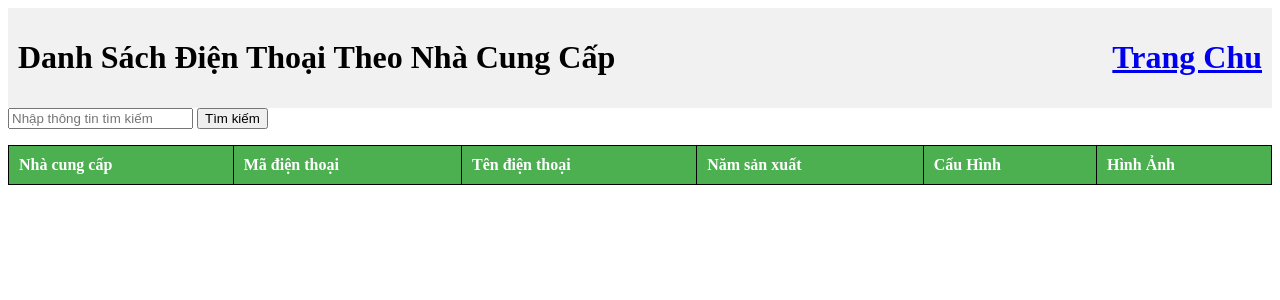
Repository: ducvu2414/WWW_OnGK
Page: http://localhost/Bai1/DanhSachDienThoaiNCC
An editor plug-in stored every save of this project. The page is shown before and after the next save, followed by the edit.
The browser window is 1280 px wide. The pictures show the whole page.
The page is served by Tomcat 10. Other server files are loaded and not shown. Queries for data that is not in the repository find no rows.

Above is the page before, as saved 2024-10-05 05:51:57.

### Bai1/src/main/webapp/DanhSachDienThoaiNCC.jsp
<%@ page contentType="text/html;charset=UTF-8" language="java"%>
<%@ taglib uri="http://java.sun.com/jsp/jstl/core" prefix="c"%>
<%@ page import="java.util.List"%>
<%@ page import="entities.NhaCungCap"%>
<%@ page import="entities.DienThoai"%>

<html>
<head>
<title>Danh Sách Điện Thoại Nhà Cung Cấp</title>
<style type="text/css">
table {
	border-collapse: collapse;
	width: 100%;
}

table, th, td {
	border: 1px solid black;
}

th, td {
	padding: 10px;
	text-align: left;
}

th {
	background-color: #4CAF50;
	color: white;
}

#header {
	background-color: #f1f1f1;
	text-align: center;
	padding: 10px;
	display: flex;
	flex-direction: row;
	justify-content: space-between;
	align-items: center;
}
</style>
</head>
<body>
	<div id="header">
		<h1>Danh Sách Điện Thoại Theo Nhà Cung Cấp</h1>

		<h1>
			<a href="${pageContext.request.contextPath}">Trang Chu</a>
		</h1>
	</div>

	<div>
		<form
			action="DanhSachDienThoaiNCCServlet"
			method="GET">
			<input type="hidden" name="action" value="search" />
			<input type="text" name="thongTinTimKiem" placeholder="Nhập thông tin tìm kiếm" />
			<input type="submit" value="Tìm kiếm" />
		</form>
	</div>

	<table border="1">
		<thead>
			<tr>
				<th>Nhà cung cấp</th>
				<th>Mã điện thoại</th>
				<th>Tên điện thoại</th>
				<th>Năm sản xuất</th>
				<th>Cấu Hình</th>
				<th>Hình Ảnh</th>
			</tr>
		</thead>

		<tbody>
			<c:forEach var="dt" items="${nhaCungCapDienThoais}">
				<tr>
					<td>${dt.nhaCungCap.id}</td>
					<td>${dt.id}</td>
					<td>${dt.tenDT}</td>
					<td>${dt.namSanXuat}</td>
					<td>${dt.cauHinh}</td>
					<td><img
						src="${pageContext.request.contextPath}/resources/images/${dt.hinhAnh}"
						alt="news" /></td>
				</tr>
			</c:forEach>
		</tbody>
	</table>
</body>
</html>

### Bai1/src/main/java/controller/DanhSachDienThoaiNCCServlet.java
package controller;

import jakarta.annotation.Resource;
import jakarta.servlet.ServletConfig;
import jakarta.servlet.ServletException;
import jakarta.servlet.annotation.WebServlet;
import jakarta.servlet.http.HttpServlet;
import jakarta.servlet.http.HttpServletRequest;
import jakarta.servlet.http.HttpServletResponse;
import java.io.IOException;
import java.util.List;
import javax.sql.DataSource;

import dao.DienThoaiDAO;
import dao.NhaCungCapDAO;
import daoImpl.DienThoaiDAOImpl;
import daoImpl.NhaCungCapDAOImpl;
import entities.DienThoai;
import entities.NhaCungCap;

@WebServlet("/DanhSachDienThoaiNCCServlet")
public class DanhSachDienThoaiNCCServlet extends HttpServlet {
    private static final long serialVersionUID = 1L;

    @Resource(name = "jdbc/quanlydienthoai")
    private DataSource dataSource;
    private DienThoaiDAO dienThoaiDAO;
    private NhaCungCapDAO nhaCungCapDAO;

    public DanhSachDienThoaiNCCServlet() {
        super();
    }

    @Override
    public void init(ServletConfig config) throws ServletException {
        super.init(config);
        dienThoaiDAO = new DienThoaiDAOImpl(this.dataSource);
        nhaCungCapDAO = new NhaCungCapDAOImpl(this.dataSource);
    }

    @Override
    protected void doGet(HttpServletRequest request, HttpServletResponse response)
            throws ServletException, IOException {
        // Lấy thông tin tìm kiếm từ request
        String thongTinTimKiem = request.getParameter("thongTinTimKiem");

        List<DienThoai> nhaCungCapDienThoais;

        // Nếu có thông tin tìm kiếm, thực hiện tìm kiếm
        if (thongTinTimKiem != null && !thongTinTimKiem.isEmpty()) {
            // Lấy danh sách điện thoại theo nhà cung cấp dựa trên từ khóa tìm kiếm
            nhaCungCapDienThoais = dienThoaiDAO.timKiemDienThoaiTheoNhaCungCap(thongTinTimKiem);
        } else {
            // Nếu không có tìm kiếm, lấy toàn bộ danh sách điện thoại
            nhaCungCapDienThoais = dienThoaiDAO.getTatCaDienThoaiNhomTheoNhaCungCap();
        }

        // Kiểm tra danh sách kết quả và gán cho request attribute
        if (nhaCungCapDienThoais != null && !nhaCungCapDienThoais.isEmpty()) {
            request.setAttribute("nhaCungCapDienThoais", nhaCungCapDienThoais);
        } else {
            request.setAttribute("message", "Không tìm thấy điện thoại nào.");
        }

        // Chuyển hướng về JSP để hiển thị kết quả
        request.getRequestDispatcher("/DanhSachDienThoaiNCC.jsp").forward(request, response);
    }

    @Override
    protected void doPost(HttpServletRequest request, HttpServletResponse response)
            throws ServletException, IOException {
        doGet(request, response);
    }
}

### Bai1/src/main/java/daoImpl/DienThoaiDAOImpl.java
package daoImpl;

import java.sql.Connection;
import java.sql.PreparedStatement;
import java.sql.ResultSet;
import java.util.ArrayList;
import java.util.HashMap;
import java.util.List;
import java.util.Map;
import java.util.Optional;

import javax.sql.DataSource;

import dao.DienThoaiDAO;
import dao.NhaCungCapDAO;
import entities.DienThoai;
import entities.NhaCungCap;

public class DienThoaiDAOImpl implements DienThoaiDAO {
	private DataSource dataSource;
	private NhaCungCapDAO nhaCungCapDAO;

	public DienThoaiDAOImpl(DataSource dataSource) {
		super();
		this.dataSource = dataSource;
		nhaCungCapDAO = new NhaCungCapDAOImpl(this.dataSource);
	}

	@Override
	public boolean addDienThoai(DienThoai dt) {
		String sql = "INSERT INTO DIENTHOAI (TENDT, NAMSANXUAT, CAUHINH, MANCC, HINHANH) VALUES (?, ?, ?, ?, ?)";
		try (Connection con = this.dataSource.getConnection(); PreparedStatement ps = con.prepareStatement(sql)) {
			ps.setString(1, dt.getTenDT());
			ps.setInt(2, dt.getNamSanXuat());
			ps.setString(3, dt.getCauHinh());
			ps.setInt(4, dt.getNhaCungCap().getId());
			ps.setString(5, dt.getHinhAnh());

			int rowsInserted = ps.executeUpdate();
			return rowsInserted > 0;
		} catch (Exception e) {
			e.printStackTrace();
			return false;
		}
	}

	@Override
	public boolean updateDienThoai(DienThoai dt) {
		String sql = "UPDATE DIENTHOAI SET TENDT=?, NAMSANXUAT=?, CAUHINH=?, MANCC=?, HINHANH=? WHERE MADT=?";
		try (Connection con = this.dataSource.getConnection(); PreparedStatement ps = con.prepareStatement(sql)) {
			ps.setString(1, dt.getTenDT());
			ps.setInt(2, dt.getNamSanXuat());
			ps.setString(3, dt.getCauHinh());
			ps.setInt(4, dt.getNhaCungCap().getId());
			ps.setString(5, dt.getHinhAnh());
			ps.setLong(6, dt.getId());

			int rowsUpdated = ps.executeUpdate();
			return rowsUpdated > 0;
		} catch (Exception e) {
			e.printStackTrace();
			return false;
		}
	}

	@Override
	public boolean deleteDienThoai(long maDienThoai) {
		String sql = "DELETE FROM DIENTHOAI WHERE MADT=?";
		try (Connection con = this.dataSource.getConnection(); PreparedStatement ps = con.prepareStatement(sql)) {
			ps.setLong(1, maDienThoai);

			int rowsDeleted = ps.executeUpdate();
			return rowsDeleted > 0;
		} catch (Exception e) {
			e.printStackTrace();
			return false;
		}
	}

	@Override
	public Optional<DienThoai> getDienThoai(long maDienThoai) {
		String sql = "SELECT * FROM DIENTHOAI WHERE MADT=?";
		try (Connection con = this.dataSource.getConnection(); PreparedStatement ps = con.prepareStatement(sql)) {
			ps.setLong(1, maDienThoai);
			try (ResultSet rs = ps.executeQuery()) {
				if (rs.next()) {
					DienThoai dienThoai = new DienThoai();
					dienThoai.setId(rs.getLong("MADT"));
					dienThoai.setTenDT(rs.getString("TENDT"));
					dienThoai.setNamSanXuat(rs.getInt("NAMSANXUAT"));
					dienThoai.setCauHinh(rs.getString("CAUHINH"));

					int maNCC = rs.getInt("MANCC");
					NhaCungCap nhaCungCap = nhaCungCapDAO.getNhaCungCap(maNCC).get();
					dienThoai.setNhaCungCap(nhaCungCap);
					dienThoai.setHinhAnh(rs.getString("HINHANH"));
					return Optional.of(dienThoai);
				}
			}
		} catch (Exception e) {
			e.printStackTrace();
		}
		return Optional.empty();
	}

	@Override
	public List<DienThoai> getAllDienThoai() {
		String sql = "SELECT * FROM DIENTHOAI";
		List<DienThoai> dienThoais = new ArrayList<>();
		try (Connection con = this.dataSource.getConnection();
				PreparedStatement ps = con.prepareStatement(sql);
				ResultSet rs = ps.executeQuery()) {
			while (rs.next()) {
				DienThoai dienThoai = new DienThoai();
				dienThoai.setId(rs.getLong("MADT"));
				dienThoai.setTenDT(rs.getString("TENDT"));
				dienThoai.setNamSanXuat(rs.getInt("NAMSANXUAT"));
				dienThoai.setCauHinh(rs.getString("CAUHINH"));
				int maNCC = rs.getInt("MANCC");
				NhaCungCap nhaCungCap = nhaCungCapDAO.getNhaCungCap(maNCC).get();
				dienThoai.setNhaCungCap(nhaCungCap);
				dienThoai.setHinhAnh(rs.getString("HINHANH"));
				dienThoais.add(dienThoai);
			}
		} catch (Exception e) {
			e.printStackTrace();
		}
		return dienThoais;
	}

	@Override
	public List<DienThoai> getDienThoaiByMaNhaCungCap(int maNhaCungCap) {
		String sql = "SELECT * FROM DIENTHOAI WHERE MANCC=?  GROUP BY MANCC;" + "";
		List<DienThoai> dienThoais = new ArrayList<>();
		try (Connection con = this.dataSource.getConnection(); PreparedStatement ps = con.prepareStatement(sql)) {
			ps.setInt(1, maNhaCungCap);
			try (ResultSet rs = ps.executeQuery()) {
				while (rs.next()) {
					DienThoai dienThoai = new DienThoai();
					dienThoai.setId(rs.getLong("MADT"));
					dienThoai.setTenDT(rs.getString("TENDT"));
					dienThoai.setNamSanXuat(rs.getInt("NAMSANXUAT"));
					dienThoai.setCauHinh(rs.getString("CAUHINH"));
					int maNCC = rs.getInt("MANCC");
					NhaCungCap nhaCungCap = nhaCungCapDAO.getNhaCungCap(maNCC).get();
					dienThoai.setNhaCungCap(nhaCungCap);
					dienThoai.setHinhAnh(rs.getString("HINHANH"));
					dienThoais.add(dienThoai);
				}
			}
		} catch (Exception e) {
			e.printStackTrace();
		}
		return dienThoais;
	}

	@Override
	public List<DienThoai> getTatCaDienThoaiNhomTheoNhaCungCap() {
		String sql = "SELECT dt.MANCC,dt.MADT, dt.TENDT,dt.NAMSANXUAT,dt.CAUHINH,dt.HINHANH FROM dienthoai dt Order By MANCC";
		List<DienThoai> dienThoais = new ArrayList<>();
		try (Connection con = this.dataSource.getConnection();
				PreparedStatement ps = con.prepareStatement(sql);
				ResultSet rs = ps.executeQuery()) {
			while (rs.next()) {
				DienThoai dienThoai = new DienThoai();
				dienThoai.setId(rs.getLong("MADT"));
				dienThoai.setTenDT(rs.getString("TENDT"));
				dienThoai.setNamSanXuat(rs.getInt("NAMSANXUAT"));
				dienThoai.setCauHinh(rs.getString("CAUHINH"));
				int maNCC = rs.getInt("MANCC");
				NhaCungCap nhaCungCap = nhaCungCapDAO.getNhaCungCap(maNCC).get();
				dienThoai.setNhaCungCap(nhaCungCap);
				dienThoai.setHinhAnh(rs.getString("HINHANH"));
				dienThoais.add(dienThoai);
			}

		} catch (Exception e) {
			// TODO: handle exception
			e.printStackTrace();
		}
		return dienThoais;
	}

	@Override
	public List<DienThoai> timKiemDienThoaiTheoNhaCungCap(String thongTinTimKiem) {
		String sql = "SELECT * FROM dienthoai dt join nhacungcap ncc on dt.MANCC = ncc.MANCC WHERE ncc.TENNHACC LIKE ? OR ncc.DIACHI LIKE ? OR ncc.SODIENTHOAI LIKE ? or ncc.MANCC = ?";
		List<DienThoai> dienThoais = new ArrayList<>();
		try (Connection con = this.dataSource.getConnection(); PreparedStatement ps = con.prepareStatement(sql)) {
			ps.setString(1, "%" + thongTinTimKiem + "%");
			ps.setString(2, "%" + thongTinTimKiem + "%");
			ps.setString(3, "%" + thongTinTimKiem + "%");
			ps.setString(4, thongTinTimKiem);
			try (ResultSet rs = ps.executeQuery()) {
				while (rs.next()) {
					DienThoai dienThoai = new DienThoai();
					dienThoai.setId(rs.getLong("MADT"));
					dienThoai.setTenDT(rs.getString("TENDT"));
					dienThoai.setNamSanXuat(rs.getInt("NAMSANXUAT"));
					dienThoai.setCauHinh(rs.getString("CAUHINH"));
					int maNCC = rs.getInt("MANCC");
					NhaCungCap nhaCungCap = nhaCungCapDAO.getNhaCungCap(maNCC).get();
					dienThoai.setNhaCungCap(nhaCungCap);
					dienThoai.setHinhAnh(rs.getString("HINHANH"));
					dienThoais.add(dienThoai);
				}
			}
		} catch (Exception e) {
			e.printStackTrace();
		}
		return null;
	}

}

### Bai1/src/main/java/daoImpl/NhaCungCapDAOImpl.java
package daoImpl;

import java.sql.Connection;
import java.sql.PreparedStatement;
import java.sql.ResultSet;
import java.util.ArrayList;
import java.util.List;
import java.util.Optional;

import javax.sql.DataSource;

import dao.NhaCungCapDAO;
import entities.NhaCungCap;

public class NhaCungCapDAOImpl implements NhaCungCapDAO {

	private DataSource dataSource;

	public NhaCungCapDAOImpl(DataSource dataSource) {
		super();
		this.dataSource = dataSource;
	}

	@Override
	public List<NhaCungCap> getAllNhaCungCap() {

		// TODO Auto-generated method stub
		String sql = "Select * from NhaCungCap";
		List<NhaCungCap> nhaCungCaps = new ArrayList<NhaCungCap>();
		try (Connection con = this.dataSource.getConnection();
				PreparedStatement ps = (PreparedStatement) con.prepareStatement(sql);
				ResultSet rs = ps.executeQuery();) {
			while (rs.next()) {
				NhaCungCap nhaCungCap = new NhaCungCap();

				int maNhaCungCap = rs.getInt("MANCC");
				String tenNhaCungCap = rs.getString("TENNHACC");
				String diaChi = rs.getString("DIACHI");
				String soDienThoai = rs.getString("SODIENTHOAI");
				nhaCungCap.setDiaChi(diaChi);
				nhaCungCap.setId(maNhaCungCap);
				nhaCungCap.setSoDienThoai(soDienThoai);
				nhaCungCap.setTenNhaCC(tenNhaCungCap);
				nhaCungCaps.add(nhaCungCap);
			}
		} catch (Exception e) {
			// TODO: handle exception
			e.printStackTrace();
		}
		return nhaCungCaps;
	}

	@Override
	public Optional<NhaCungCap> getNhaCungCap(int maNhaCungCap) {
		// TODO Auto-generated method stub
		String sql = "Select * from NhaCungCap where MANCC=?";

		try (Connection con = this.dataSource.getConnection();
				PreparedStatement ps = (PreparedStatement) con.prepareStatement(sql);) {
			ps.setInt(1, maNhaCungCap);
			try (ResultSet rs = ps.executeQuery();) {
				if (rs.next()) {
					NhaCungCap nhaCungCap = new NhaCungCap();
					String tenNhaCungCap = rs.getString("TENNHACC");
					String diaChi = rs.getString("DIACHI");
					String soDienThoai = rs.getString("SODIENTHOAI");
					nhaCungCap.setDiaChi(diaChi);
					nhaCungCap.setId(maNhaCungCap);
					nhaCungCap.setSoDienThoai(soDienThoai);
					nhaCungCap.setTenNhaCC(tenNhaCungCap);
					return Optional.of(nhaCungCap);
				}
			}
		} catch (Exception e) {
			// TODO: handle exception
			e.printStackTrace();
		}
		return Optional.empty();
	}

	@Override
	public boolean addNhaCungCap(NhaCungCap nhaCungCap) {
		String sql = "INSERT INTO NhaCungCap (MANCC,TENNHACC, DIACHI, SODIENTHOAI) VALUES (?,?, ?, ?)";
		try (Connection con = this.dataSource.getConnection(); PreparedStatement ps = con.prepareStatement(sql)) {
			ps.setInt(1, nhaCungCap.getId());
			ps.setString(2, nhaCungCap.getTenNhaCC());
			ps.setString(3, nhaCungCap.getDiaChi());
			ps.setString(4, nhaCungCap.getSoDienThoai());

			int rowsInserted = ps.executeUpdate();
			return rowsInserted > 0;
		} catch (Exception e) {
			e.printStackTrace();
			return false;
		}
	}

	@Override
	public boolean updateNhaCungCap(NhaCungCap nhaCungCap) {
		String sql = "UPDATE NhaCungCap SET TENNHACC=?, DIACHI=?, SODIENTHOAI=? WHERE MANCC=?";
		try (Connection con = this.dataSource.getConnection(); PreparedStatement ps = con.prepareStatement(sql)) {

			ps.setString(1, nhaCungCap.getTenNhaCC());
			ps.setString(2, nhaCungCap.getDiaChi());
			ps.setString(3, nhaCungCap.getSoDienThoai());
			ps.setInt(4, nhaCungCap.getId());

			int rowsUpdated = ps.executeUpdate();
			return rowsUpdated > 0;
		} catch (Exception e) {
			e.printStackTrace();
			return false;
		}
	}

	@Override
	public boolean deleteNhaCungCap(int maNhaCungCap) {
		String sql = "DELETE FROM NhaCungCap WHERE MANCC=?";
		try (Connection con = this.dataSource.getConnection(); PreparedStatement ps = con.prepareStatement(sql)) {

			ps.setLong(1, maNhaCungCap);

			int rowsDeleted = ps.executeUpdate();
			return rowsDeleted > 0;
		} catch (Exception e) {
			e.printStackTrace();
			return false;
		}
	}

	@Override
	public List<NhaCungCap> getNhaCungCap(String searchTerm) {
		String sql = "SELECT * FROM NhaCungCap WHERE MANCC = ? OR TENNHACC LIKE ? OR DIACHI LIKE ? OR SODIENTHOAI LIKE ?";
		List<NhaCungCap> nhaCungCaps = new ArrayList<>();

		try (Connection con = this.dataSource.getConnection(); PreparedStatement ps = con.prepareStatement(sql)) {

			if (searchTerm.matches("\\d+")) {
				ps.setInt(1, Integer.parseInt(searchTerm));
			} else {
				ps.setNull(1, java.sql.Types.INTEGER);
			}

			String likePattern = "%" + searchTerm + "%";
			ps.setString(2, likePattern);
			ps.setString(3, likePattern);
			ps.setString(4, likePattern);

			try (ResultSet rs = ps.executeQuery()) {
				while (rs.next()) {
					NhaCungCap nhaCungCap = new NhaCungCap();
					nhaCungCap.setId(rs.getInt("MANCC"));
					nhaCungCap.setTenNhaCC(rs.getString("TENNHACC"));
					nhaCungCap.setDiaChi(rs.getString("DIACHI"));
					nhaCungCap.setSoDienThoai(rs.getString("SODIENTHOAI"));
					nhaCungCaps.add(nhaCungCap);
				}
			}
		} catch (Exception e) {
			e.printStackTrace();
		}
		return nhaCungCaps;
	}

}

After the next save:
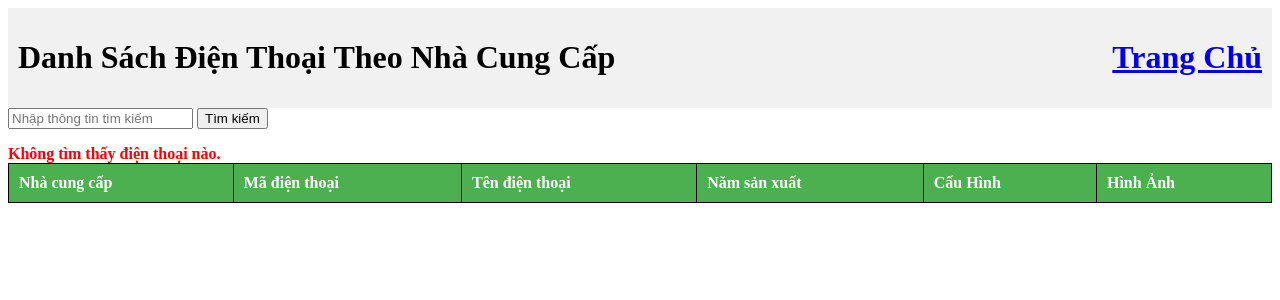
Saved 24 s later.
--- a/Bai1/src/main/webapp/DanhSachDienThoaiNCC.jsp
+++ b/Bai1/src/main/webapp/DanhSachDienThoaiNCC.jsp
@@ -6,83 +6,93 @@
 
 <html>
 <head>
-<title>Danh Sách Điện Thoại Nhà Cung Cấp</title>
-<style type="text/css">
-table {
-	border-collapse: collapse;
-	width: 100%;
-}
+    <title>Danh Sách Điện Thoại Nhà Cung Cấp</title>
+    <style type="text/css">
+        table {
+            border-collapse: collapse;
+            width: 100%;
+        }
 
-table, th, td {
-	border: 1px solid black;
-}
+        table, th, td {
+            border: 1px solid black;
+        }
 
-th, td {
-	padding: 10px;
-	text-align: left;
-}
+        th, td {
+            padding: 10px;
+            text-align: left;
+        }
 
-th {
-	background-color: #4CAF50;
-	color: white;
-}
+        th {
+            background-color: #4CAF50;
+            color: white;
+        }
 
-#header {
-	background-color: #f1f1f1;
-	text-align: center;
-	padding: 10px;
-	display: flex;
-	flex-direction: row;
-	justify-content: space-between;
-	align-items: center;
-}
-</style>
+        #header {
+            background-color: #f1f1f1;
+            text-align: center;
+            padding: 10px;
+            display: flex;
+            flex-direction: row;
+            justify-content: space-between;
+            align-items: center;
+        }
+
+        #message {
+            color: red;
+            font-weight: bold;
+        }
+    </style>
 </head>
 <body>
-	<div id="header">
-		<h1>Danh Sách Điện Thoại Theo Nhà Cung Cấp</h1>
+    <!-- Phần tiêu đề trang -->
+    <div id="header">
+        <h1>Danh Sách Điện Thoại Theo Nhà Cung Cấp</h1>
+        <h1>
+            <a href="${pageContext.request.contextPath}">Trang Chủ</a>
+        </h1>
+    </div>
 
-		<h1>
-			<a href="${pageContext.request.contextPath}">Trang Chu</a>
-		</h1>
-	</div>
+    <!-- Form tìm kiếm -->
+    <div>
+        <form action="DanhSachDienThoaiNCCServlet" method="GET">
+            <input type="hidden" name="action" value="search" />
+            <input type="text" name="thongTinTimKiem" placeholder="Nhập thông tin tìm kiếm" />
+            <input type="submit" value="Tìm kiếm" />
+        </form>
+    </div>
 
-	<div>
-		<form
-			action="DanhSachDienThoaiNCCServlet"
-			method="GET">
-			<input type="hidden" name="action" value="search" />
-			<input type="text" name="thongTinTimKiem" placeholder="Nhập thông tin tìm kiếm" />
-			<input type="submit" value="Tìm kiếm" />
-		</form>
-	</div>
+    <!-- Hiển thị thông báo nếu không có kết quả -->
+    <c:if test="${not empty message}">
+        <div id="message">${message}</div>
+    </c:if>
 
-	<table border="1">
-		<thead>
-			<tr>
-				<th>Nhà cung cấp</th>
-				<th>Mã điện thoại</th>
-				<th>Tên điện thoại</th>
-				<th>Năm sản xuất</th>
-				<th>Cấu Hình</th>
-				<th>Hình Ảnh</th>
-			</tr>
-		</thead>
-
-		<tbody>
-			<c:forEach var="dt" items="${nhaCungCapDienThoais}">
-				<tr>
-					<td>${dt.nhaCungCap.id}</td>
-					<td>${dt.id}</td>
-					<td>${dt.tenDT}</td>
-					<td>${dt.namSanXuat}</td>
-					<td>${dt.cauHinh}</td>
-					<td><img
-						src="${pageContext.request.contextPath}/resources/images/${dt.hinhAnh}"
-						alt="news" /></td>
-				</tr>
-			</c:forEach>
-		</tbody>
-	</table>
+    <!-- Hiển thị danh sách điện thoại -->
+    <table border="1">
+        <thead>
+            <tr>
+                <th>Nhà cung cấp</th>
+                <th>Mã điện thoại</th>
+                <th>Tên điện thoại</th>
+                <th>Năm sản xuất</th>
+                <th>Cấu Hình</th>
+                <th>Hình Ảnh</th>
+            </tr>
+        </thead>
+        <tbody>
+            <!-- Lặp qua danh sách điện thoại để hiển thị -->
+            <c:if test="${not empty nhaCungCapDienThoais}">
+                <c:forEach var="dt" items="${nhaCungCapDienThoais}">
+                    <tr>
+                        <td>${dt.nhaCungCap.tenNhaCC}</td>
+                        <td>${dt.id}</td>
+                        <td>${dt.tenDT}</td>
+                        <td>${dt.namSanXuat}</td>
+                        <td>${dt.cauHinh}</td>
+                        <td><img src="${pageContext.request.contextPath}/resources/images/${dt.hinhAnh}" alt="Hình ảnh điện thoại" width="100" height="100" /></td>
+                    </tr>
+                </c:forEach>
+            </c:if>
+        </tbody>
+    </table>
 </body>
 </html>
